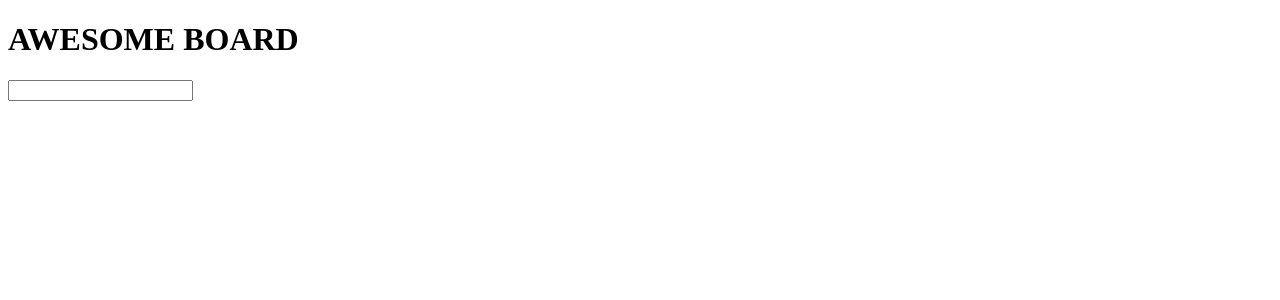
Repository: Gaebulga/eclipse-workspace
Page: http://localhost/181226_Member/success.jsp
An editor plug-in stored every save of this project. The page is shown before and after the next save, followed by the edit.
The browser window is 1280 px wide. The pictures show the whole page.
The page is served by Tomcat 9. Other server files are loaded and not shown.

Above is the page before, as saved 2018-12-27 05:33:26.

### 181226_Member/WebContent/success.jsp
<%@ page language="java" contentType="text/html; charset=UTF-8"
    pageEncoding="UTF-8"%>
<!DOCTYPE html>
<html>
<head>
<meta charset="UTF-8">
<title> 게시물 페이지 </title>
</head>
<body>
	<h1> AWESOME BOARD </h1>

	<!-- 하나의 서블릿이 처리하기때문에 member로 한다. -->
	<form action="member" method="post">
		<input type="hidden" name="action" value="insertBoard">
		<input type="text" name="message"><br>


	</form>

</body>
</html>

After the next save:
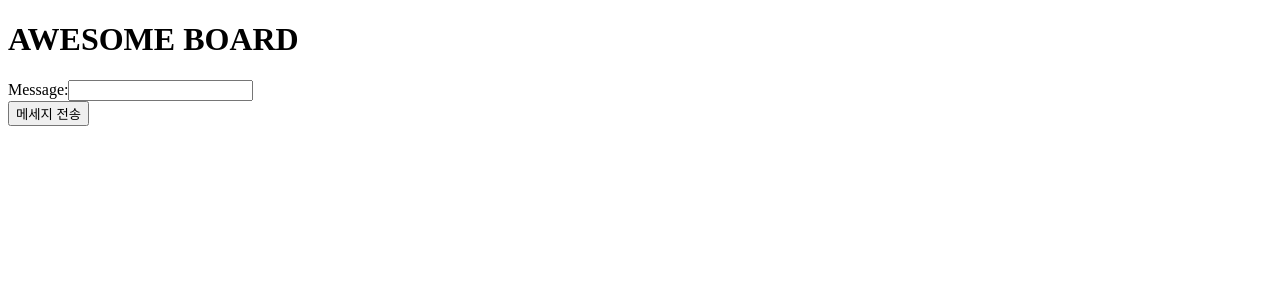
Saved 20 s later.
--- a/181226_Member/WebContent/success.jsp
+++ b/181226_Member/WebContent/success.jsp
@@ -12,8 +12,8 @@
 	<!-- 하나의 서블릿이 처리하기때문에 member로 한다. -->
 	<form action="member" method="post">
 		<input type="hidden" name="action" value="insertBoard">
-		<input type="text" name="message"><br>
-
+		Message:<input type="text" name="message"><br>
+		<button>메세지 전송</button>
 
 	</form>
 
